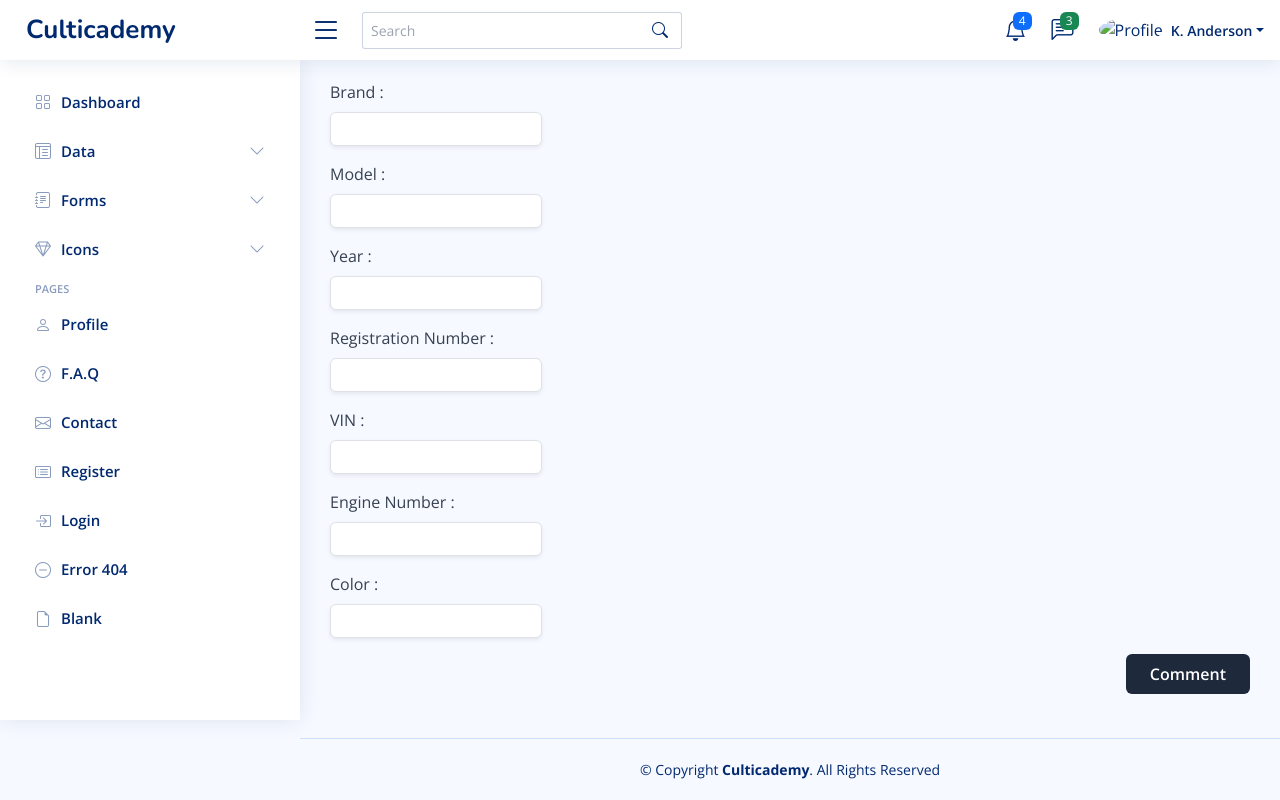
Repository: Jistoper/car_rental
Page: http://localhost/create
An editor plug-in stored every save of this project. The page is shown before and after the next save, followed by the edit.
The browser window is 1280 px wide. The pictures show the whole page.
The page is served by the project's Laravel application, run on PHP 8.4 with Laravel 9. Style sheets and scripts are compiled from the project's sources, by tool versions that may differ from the author's.

Above is the page before, as saved 2023-06-22 14:17:02.

After the next save:
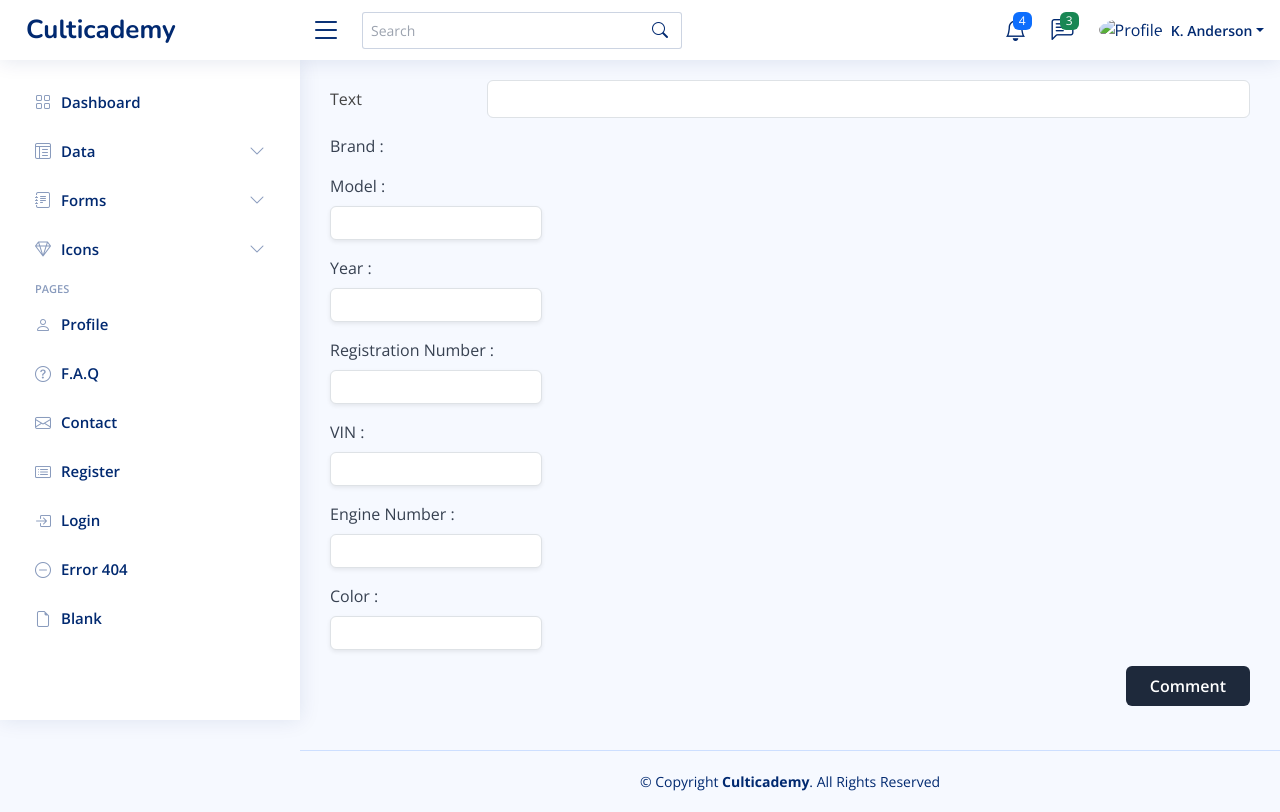
Saved 3 min 13 s later.
--- a/resources/views/backsite/content/car/createcar.blade.php
+++ b/resources/views/backsite/content/car/createcar.blade.php
@@ -5,12 +5,17 @@
 <div>
     <form action="{{ route('car.store') }}" method="POST" class="mb-4">
         @csrf
+        <div class="row mb-3">
+            <label for="inputText" class="col-sm-2 col-form-label">Text</label>
+            <div class="col-sm-10">
+                <input type="text" name="brand" id="brand" class="form-control @error('brand') border-red-500 @enderror" value="{{ old('brand') }}">
+            </div>
+        </div>
         <div class="mb-3">
             <label class="block text-gray-700 mb-2" for="message">
                 Brand :
             </label>
             <div>
-                <input type="text" name="brand" id="brand" class="p-1 form-input rounded-md shadow-sm border border-gray-300 @error('brand') border-red-500 @enderror" value="{{ old('brand') }}">
             </div>
         </div>
         <div class="mb-3">
